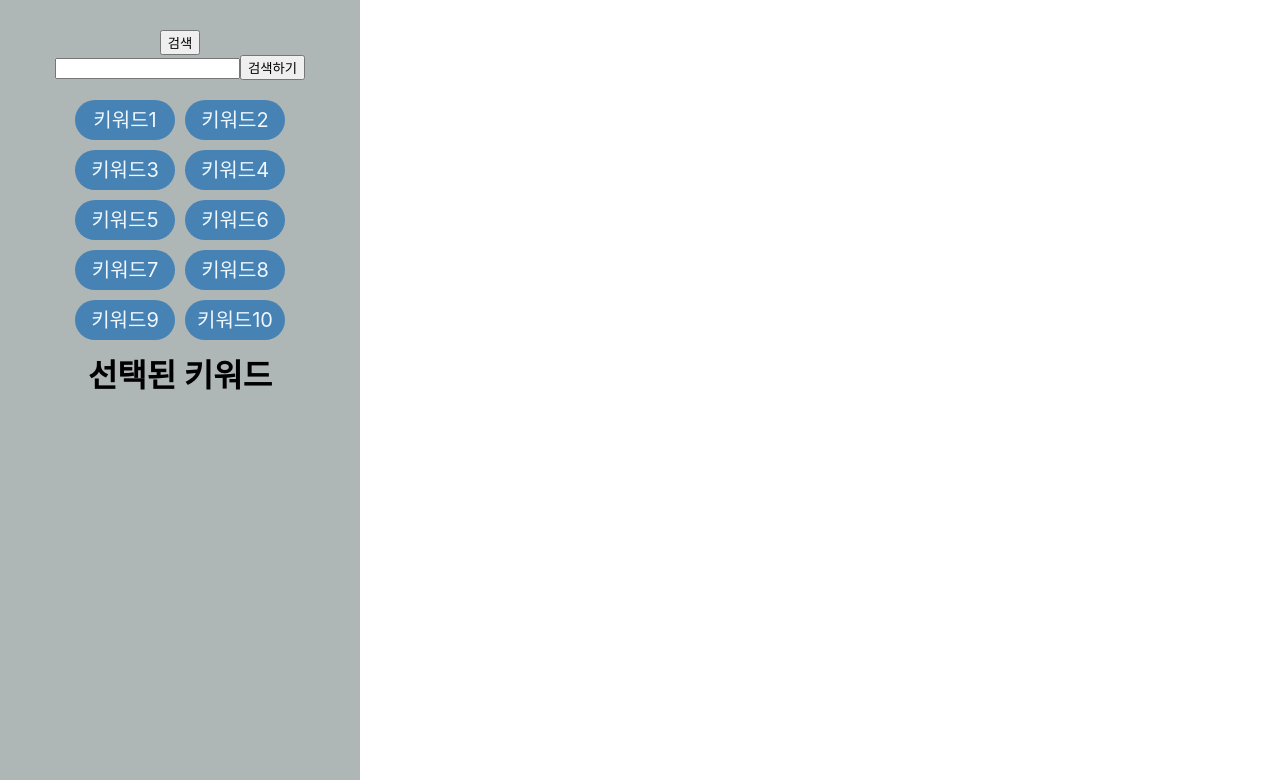
Repository: sunoo-lee/Star-Explore
Page: /
These files come from the project's save history. The page is drawn as it stood at one moment and after the next save; the edit follows.
The browser window is 1280 px wide. The pictures show the whole page.
The project was rebuilt for these pictures with package versions that can differ from the ones it lists, and the page was loaded fresh each time.

Above is the page before, as saved 2022-10-14 04:40:45.

### src/index.js
import React from "react";
import ReactDOM from "react-dom/client";
import "./reset.css";
import "./Style.css";
import App from "./components/App";
// import reportWebVitals from "./reportWebVitals";

const root = ReactDOM.createRoot(document.getElementById("root"));
root.render(
  <React.StrictMode>
    <App />
  </React.StrictMode>
);

// reportWebVitals();

### src/Style.css
html,
body,
#root {
  height: 100%;
}

body {
  margin: 0;
  font-family: -apple-system, BlinkMacSystemFont, "Segoe UI", "Roboto", "Oxygen",
    "Ubuntu", "Cantarell", "Fira Sans", "Droid Sans", "Helvetica Neue",
    sans-serif;
  -webkit-font-smoothing: antialiased;
  -moz-osx-font-smoothing: grayscale;
}

.container {
  height: 100%;
}

.nav {
  padding: 30px;
  background-color: rgb(174, 182, 182);
  width: 300px;
  display: flex;
  flex-direction: column;
  align-items: center;
  height: 100%;
}
.nav h1 {
  font-size: 3rem;
  font-weight: 700;
}
.keyword {
  padding: 20px;
}
.keyword ul {
  display: grid;
  grid-template-columns: 100px 100px;
  gap: 10px;
}
.keyword ul li {
  cursor: pointer;
}
.keyword ul li span {
  display: inline-block;
  font-size: 20px;
  width: 100px;
  height: 40px;
  line-height: 40px;
  text-align: center;
  background-color: lightskyblue;
  border-radius: 25px;
}

.keyword ul li .off {
  background-color: steelblue;
  color: aliceblue;
}
h2 {
  font-size: 2rem;
  font-weight: 700;
}
.selected span {
  display: inline-block;
  font-size: 1.2rem;
  margin: 10px;
}

### src/components/App.js
import AppRouter from "./Router";

function App() {
  return (
    <>
      <AppRouter />
    </>
  );
}

export default App;

### src/components/Router.js
import { HashRouter as Router, Route, Routes } from "react-router-dom";
import Home from "../routes/Home";

const AppRouter = () => {
  return (
    <Router>
      <Routes>
        <Route exact path="/" element={<Home />} />
      </Routes>
    </Router>
  );
};

export default AppRouter;

### src/routes/Home.js
import React, { useState } from "react";

const Home = () => {
  const [select, setSelect] = useState([]);
  const onClick = (event) => {
    const keyword_btn = event.target;
    keyword_btn.className === "off"
      ? (keyword_btn.className = "on")
      : (keyword_btn.className = "off");

    const selected = event.target.innerText;
    if (keyword_btn.className === "on") {
      setSelect([...select, selected]);
    } else if (keyword_btn.className === "off") {
      setSelect(select.filter((key) => key !== selected));
    }
  };
  return (
    <div className="container">
      <div className="nav">
        <button className="nav_toggle">검색</button>
        <form>
          <input type="text" />
          <button>검색하기</button>
        </form>
        <div className="keyword">
          <ul>
            <li>
              <span className="off" onClick={onClick}>
                키워드1
              </span>
            </li>
            <li>
              <span className="off" onClick={onClick}>
                키워드2
              </span>
            </li>
            <li>
              <span className="off" onClick={onClick}>
                키워드3
              </span>
            </li>
            <li>
              <span className="off" onClick={onClick}>
                키워드4
              </span>
            </li>
            <li>
              <span className="off" onClick={onClick}>
                키워드5
              </span>
            </li>
            <li>
              <span className="off" onClick={onClick}>
                키워드6
              </span>
            </li>
            <li>
              <span className="off" onClick={onClick}>
                키워드7
              </span>
            </li>
            <li>
              <span className="off" onClick={onClick}>
                키워드8
              </span>
            </li>
            <li>
              <span className="off" onClick={onClick}>
                키워드9
              </span>
            </li>
            <li>
              <span className="off" onClick={onClick}>
                키워드10
              </span>
            </li>
          </ul>
        </div>
        <h2>선택된 키워드</h2>
        <div className="selected">
          {select.map((key, index) => (
            <span key={index}>{key}</span>
          ))}
        </div>
      </div>
    </div>
  );
};

export default Home;

Loaded but not shown: public/index.html (common file); src/reset.css (common file)

After the next save:
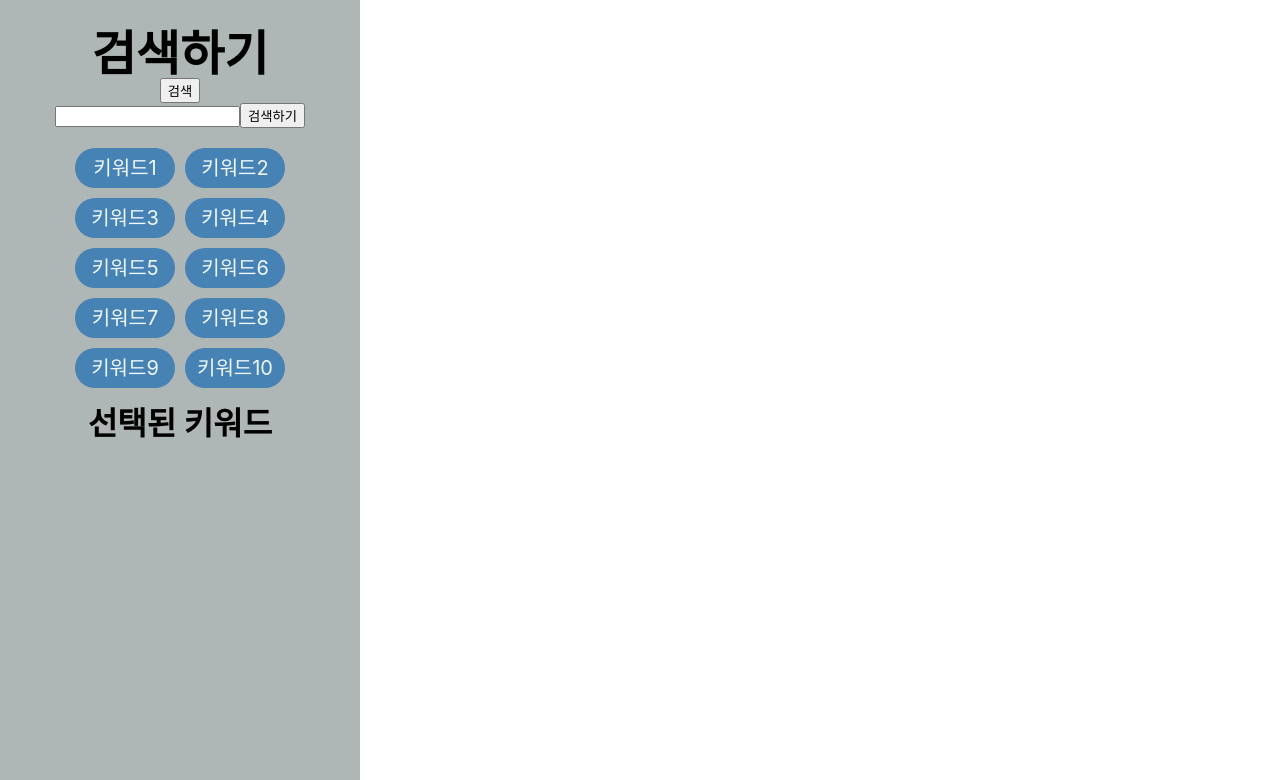
Saved 20 s later.
--- a/src/routes/Home.js
+++ b/src/routes/Home.js
@@ -18,6 +18,7 @@ const Home = () => {
   return (
     <div className="container">
       <div className="nav">
+        <h1>검색하기</h1>
         <button className="nav_toggle">검색</button>
         <form>
           <input type="text" />
